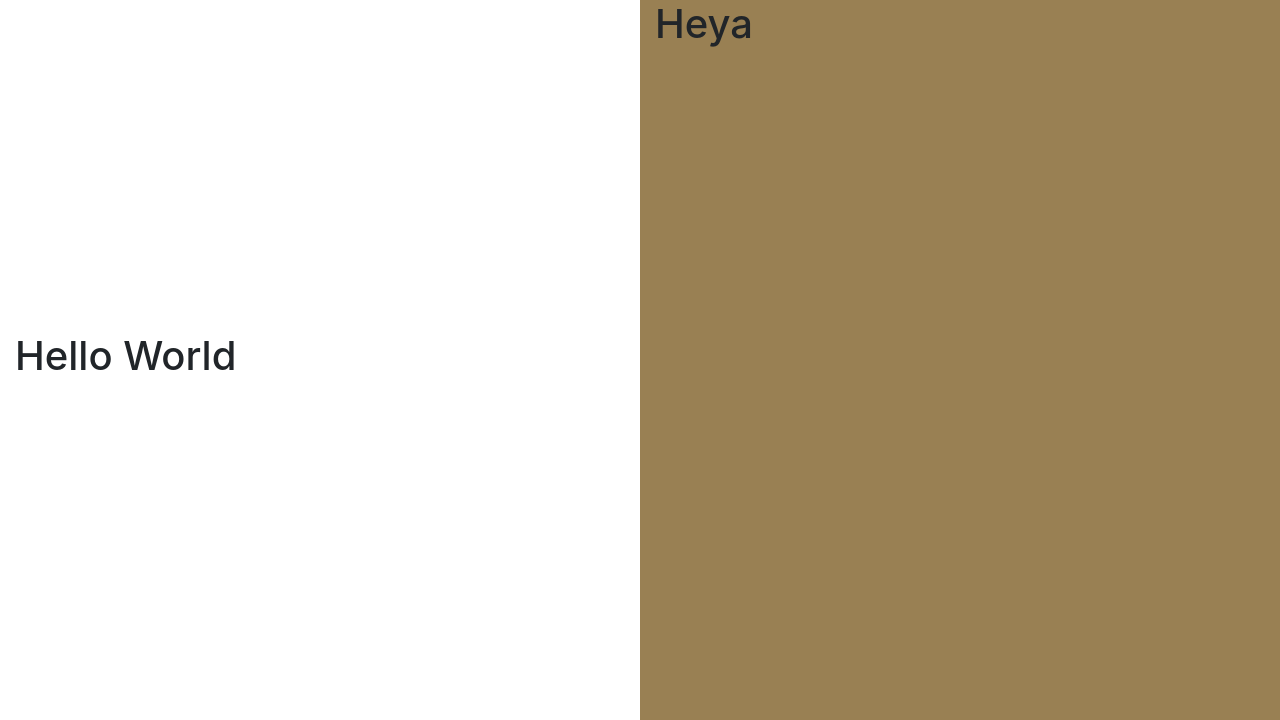
Repository: Thekxgh/website
Page: /
These files come from the project's save history. The page is drawn as it stood at one moment and after the next save; the edit follows.
The browser window is 1280 px wide. The pictures show the whole page.
The project was rebuilt for these pictures with package versions that can differ from the ones it lists, and the page was loaded fresh each time.

Above is the page before, as saved 2021-07-14 09:31:24.

### src/index.scss
$primary: #998053;
$dark: #050507;
$light-primary-bg: #DDDEE7;
$light-primary: #DDDEE7;
$theme-colors: (
    "primary": $primary,
    "info": $light-primary,
    "danger": teal,
    "dark": $dark
);

@import '~bootstrap/scss/bootstrap.scss';
body {
  margin: 0;
  font-family: -apple-system, BlinkMacSystemFont, 'Segoe UI', 'Roboto', 'Oxygen',
    'Ubuntu', 'Cantarell', 'Fira Sans', 'Droid Sans', 'Helvetica Neue',
    sans-serif;
  -webkit-font-smoothing: antialiased;
  -moz-osx-font-smoothing: grayscale;
}

code {
  font-family: source-code-pro, Menlo, Monaco, Consolas, 'Courier New',
    monospace;
}

### src/App.tsx
import React from 'react';
import { LandingPage } from './presentation/LandingPage';

function App() {
  return (
    <LandingPage />
  );
}

export default App;

### src/presentation/LandingPage.tsx
import { Col, Container, Row } from "react-bootstrap"

export const LandingPage = () => {
    return (
    <Container fluid>
        <Row className="min-vh-100 align-items-center">
            <Col>
                <h1>Hello World</h1>
            </Col>
            <Col className="bg-primary min-vh-100">
                <h1>Heya</h1>
            </Col>
        </Row>
    </Container>
    );
}

Loaded but not shown: public/index.html (common file); src/index.tsx (common file)

After the next save:
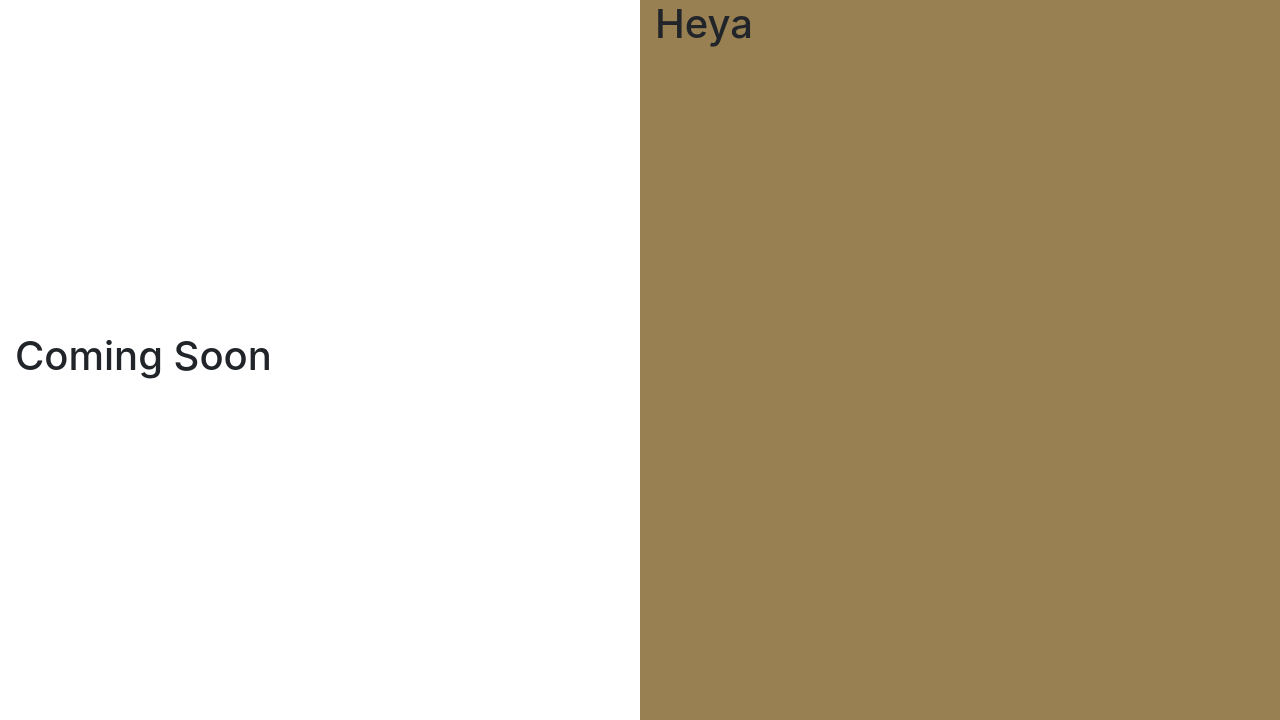
Saved 3 min 40 s later.
--- a/src/presentation/LandingPage.tsx
+++ b/src/presentation/LandingPage.tsx
@@ -5,7 +5,7 @@ export const LandingPage = () => {
     <Container fluid>
         <Row className="min-vh-100 align-items-center">
             <Col>
-                <h1>Hello World</h1>
+                <h1>Coming Soon</h1>
             </Col>
             <Col className="bg-primary min-vh-100">
                 <h1>Heya</h1>
